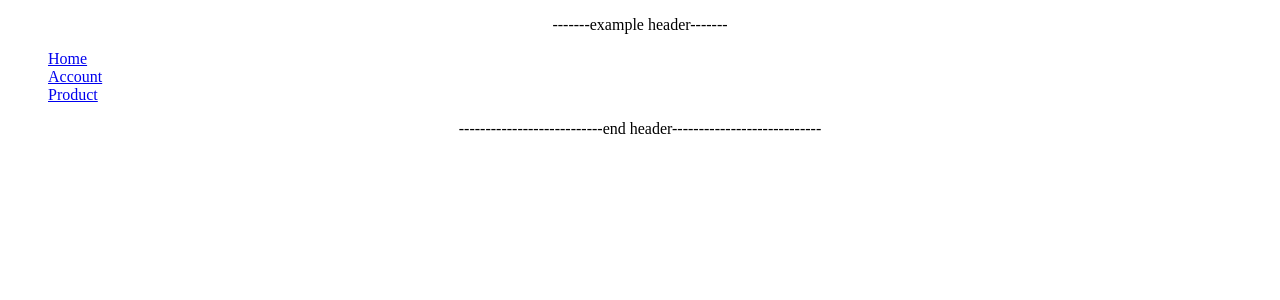
Repository: pffdota04/cuahang
Page: http://localhost/CuaHang/Views/Admin/commom/header.jsp
The author's editor kept a copy of each file at every save. The page is drawn from the files as they stood at one save, then again after the next save.
The browser window is 1280 px wide. The pictures show the whole page.
The page is served by Tomcat 9. Other server files are loaded and not shown.

Above is the page before, as saved 2020-11-11 05:04:09.

### CuaHang/WebContent/Views/Admin/commom/header.jsp
<%@ page language="java" contentType="text/html; charset=ISO-8859-1"
	pageEncoding="ISO-8859-1"%>
<!DOCTYPE html>
<html>
<head>
<meta charset="ISO-8859-1">
<title>Insert title here</title>
<style>
--

do it in .css
.clearfix::after {
	content: " ";
	display: table;
	clear: both;
}
</style>
</head>
<body position:sticky;  top: 100%;>
	<p style="text-align: center;">-------example header-------</p>
	<ul class="main-nav" style="list-style: none;">
		<li><a href="/CuaHang/Views/Admin/container/home.jsp">Home</a></li>
		<li><a href="/CuaHang/Views/Admin/container/account.jsp">Account</a></li>
		<li><a href="/CuaHang/Views/Admin/container/product.jsp">Product</a></li>
	</ul>
	<div class="clearfix"></div>
	<p style="text-align: center;">---------------------------end
		header----------------------------</p>
	<div class="clearfix"></div>
</body>
</html>

After the next save:
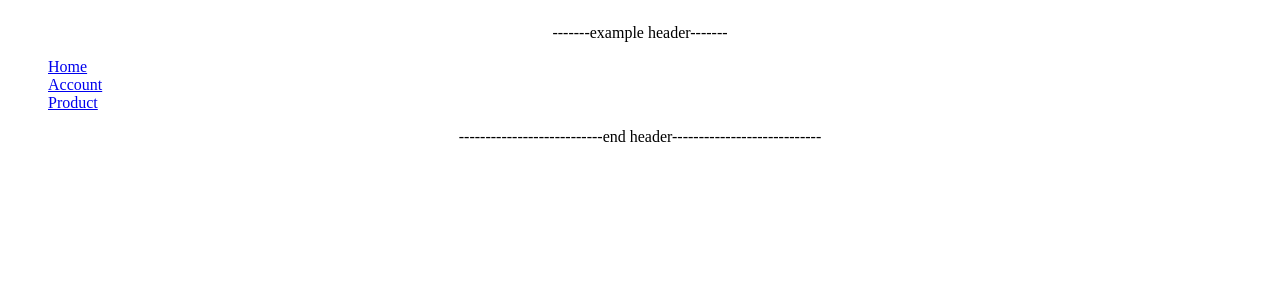
Saved 12 s later.
--- a/CuaHang/WebContent/Views/Admin/commom/header.jsp
+++ b/CuaHang/WebContent/Views/Admin/commom/header.jsp
@@ -16,7 +16,7 @@ do it in .css
 }
 </style>
 </head>
-<body position:sticky;  top: 100%;>
+<body style="position:sticky;  top: 100%;">
 	<p style="text-align: center;">-------example header-------</p>
 	<ul class="main-nav" style="list-style: none;">
 		<li><a href="/CuaHang/Views/Admin/container/home.jsp">Home</a></li>
